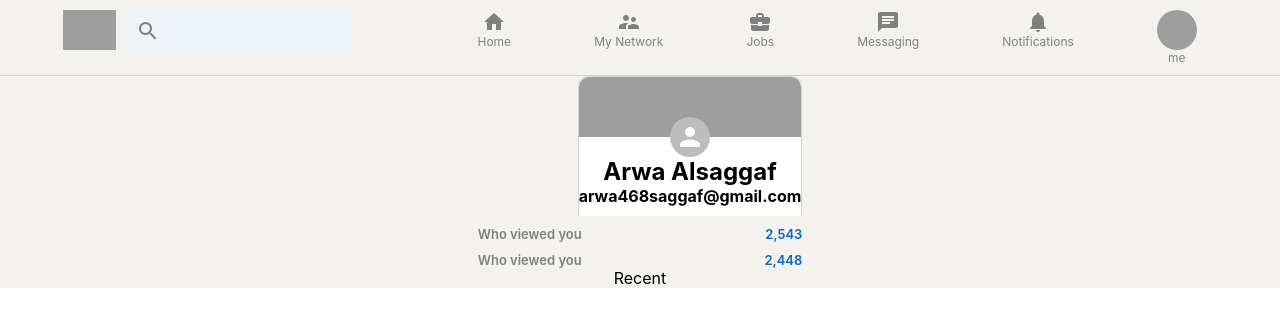
Repository: MEROO1010/linkedIn-clone-
Page: /
An editor plug-in stored every save of this project. The page is shown before and after the next save, followed by the edit.
The browser window is 1280 px wide. The pictures show the whole page.
Pictures or frames that could not be fetched are drawn as grey boxes. The project was rebuilt for these pictures with package versions that can differ from the ones it lists, and the page was loaded fresh each time.

Above is the page before, as saved 2023-12-02 10:45:16.

After the next save:
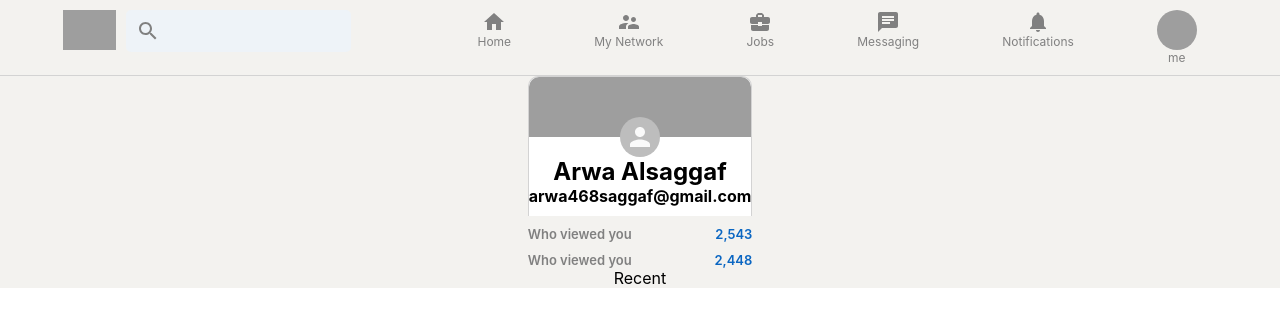
Saved 16 s later.
--- a/src/Sidebar.css
+++ b/src/Sidebar.css
@@ -21,7 +21,7 @@
     border-top-right-radius:10px ;
     background-color: white;
     padding-bottom: 10px;
-    margin-left: 100px;
+    right: 400px;
 }
 
 .sidebar__top > img {
